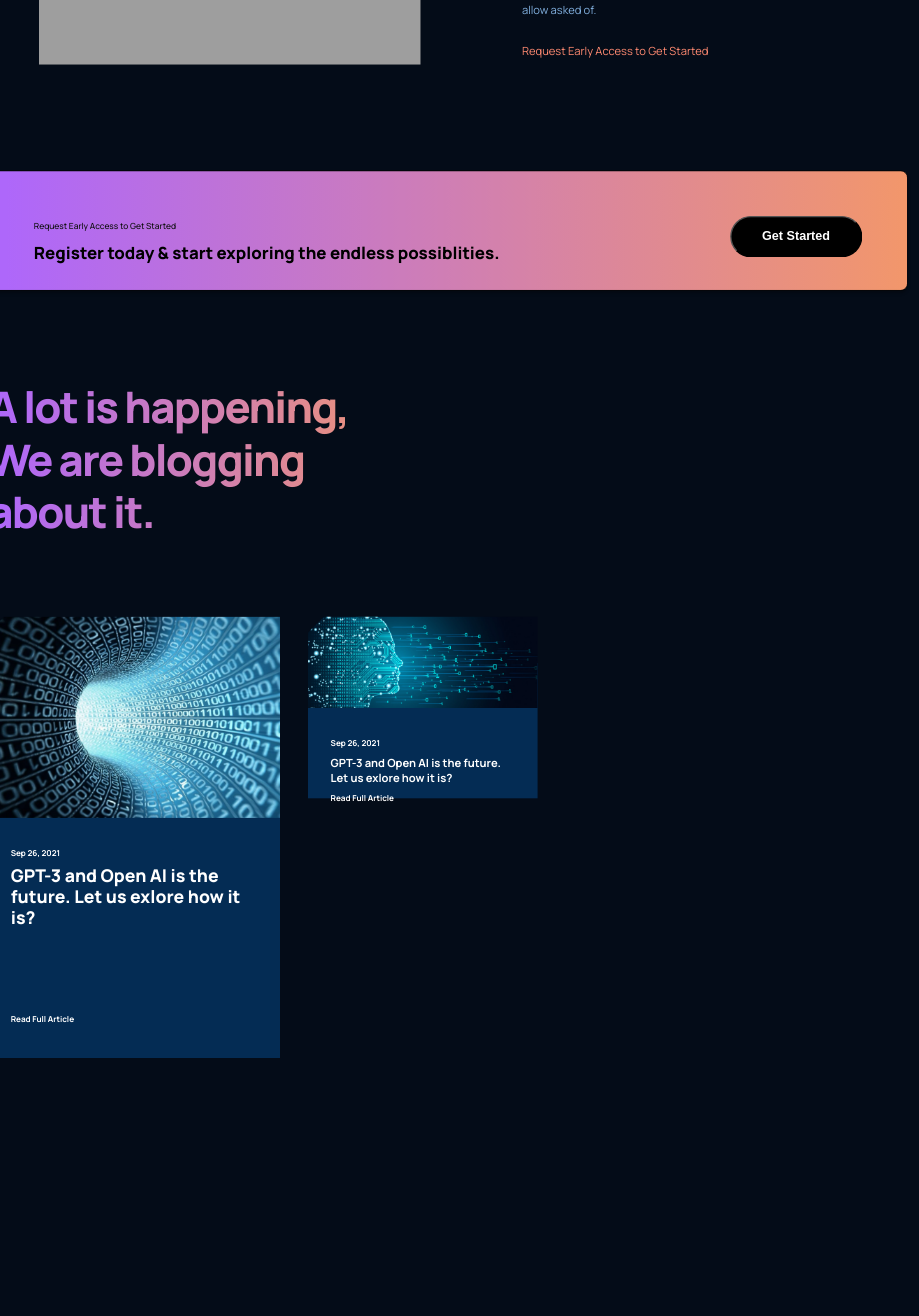
Repository: guilhermecardoso93/lp-gpt3
Page: index.html
These files come from the project's save history. The page is drawn as it stood at one moment and after the next save; the edit follows.
The browser window is 1280 px wide. The page is 1313 px wide, so the pictures cover 1313 px, including what lies to the right of the window. The pictures show the part of the page from y = 2809 to 4689 px (the page is 4689 px tall), at 70% of full size.
Pictures or frames that could not be fetched are drawn as grey boxes.

Above is the page before, as saved 2022-08-23 22:17:24.

After the next save:
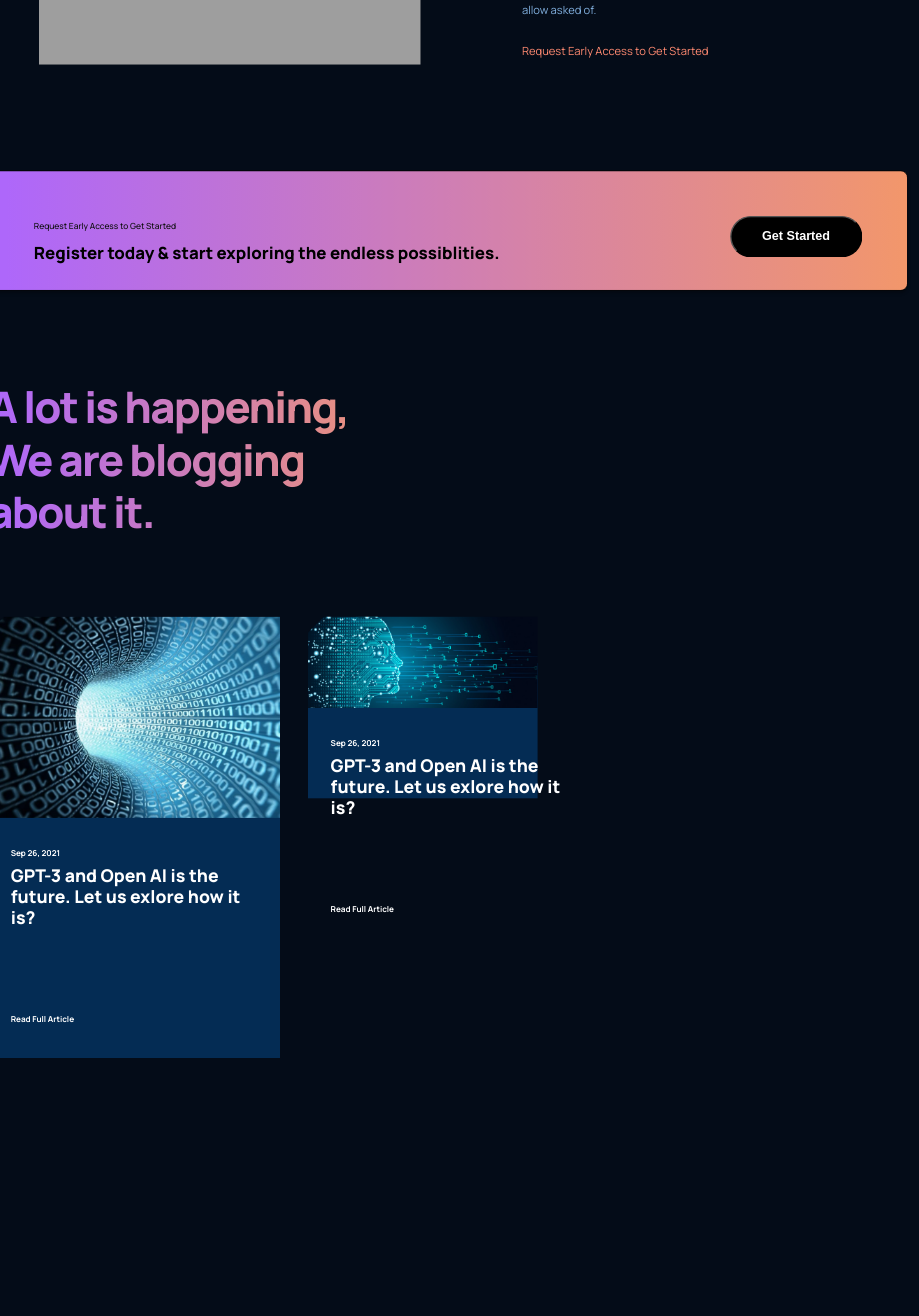
Saved 10 s later.
--- a/style.css
+++ b/style.css
@@ -521,7 +521,7 @@
   line-height: 35px;
 }
 
-.area1 div h4 {
+.midlleContainer div h4 {
   width: 342.18px;
   font-weight: 800;
   font-size: 25.11px;

After the save that followed:
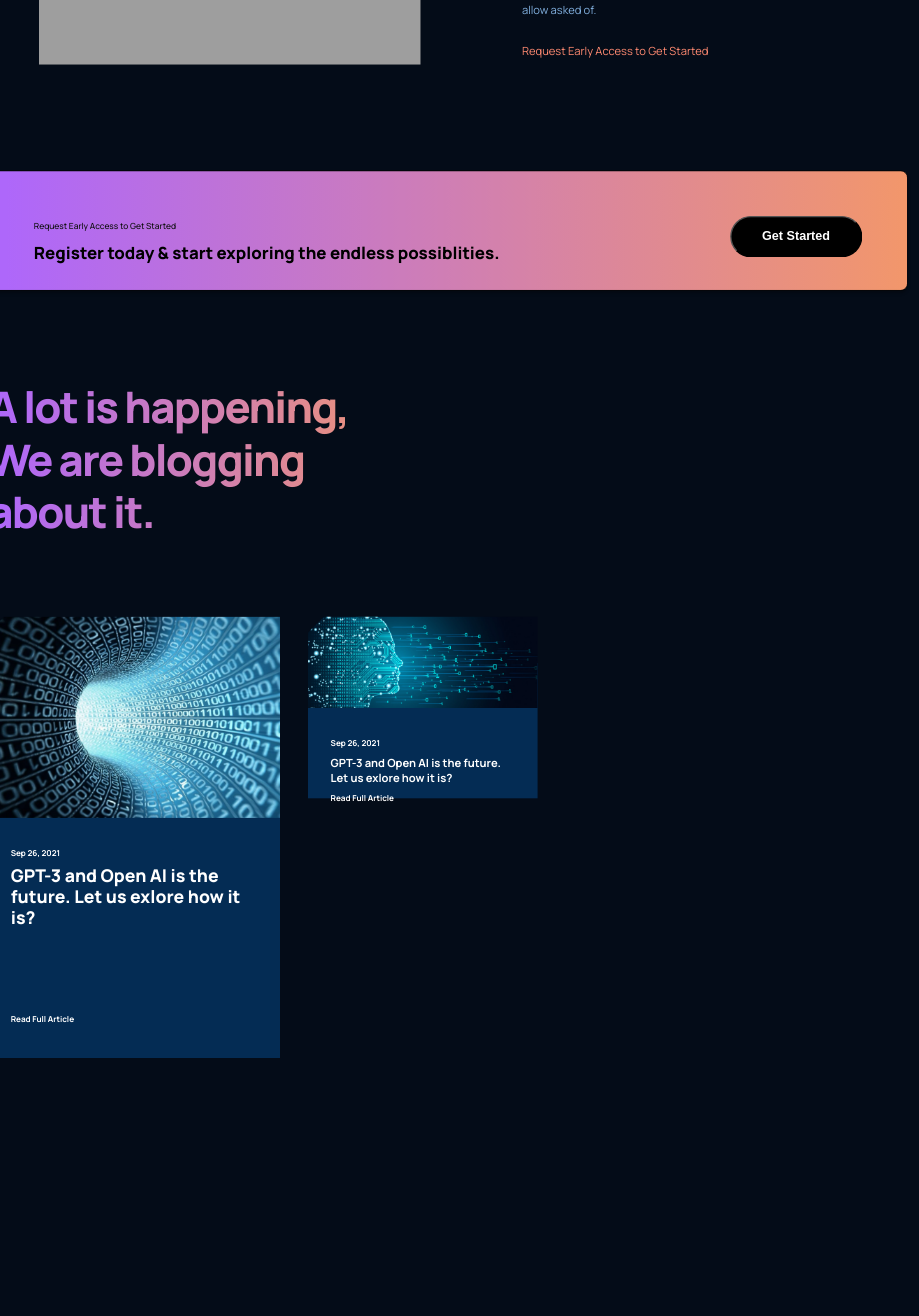
Saved 5 s later.
--- a/style.css
+++ b/style.css
@@ -521,7 +521,7 @@
   line-height: 35px;
 }
 
-.midlleContainer div h4 {
+.area1 div h4 {
   width: 342.18px;
   font-weight: 800;
   font-size: 25.11px;
